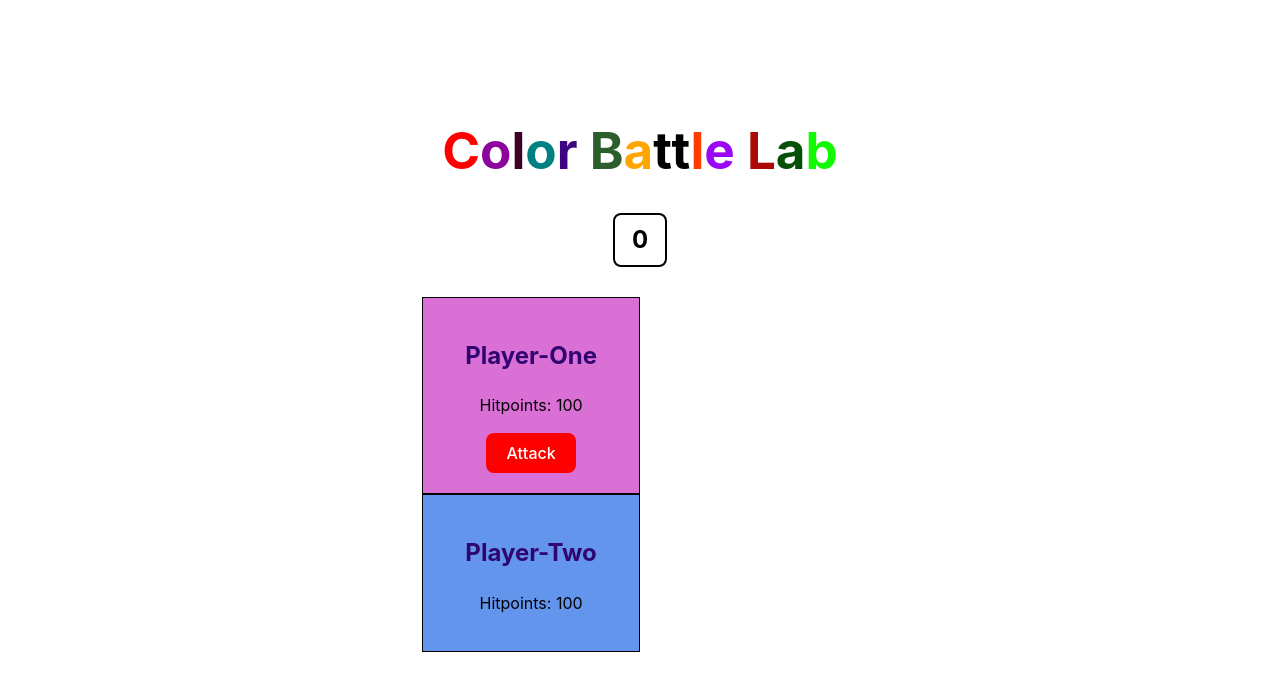
Repository: RAWdevX21/color-battle_lab-build
Page: /
The author's editor kept a copy of each file at every save. The page is drawn from the files as they stood at one save, then again after the next save.
The browser window is 1280 px wide. The pictures show the whole page.
The project was rebuilt for these pictures with package versions that can differ from the ones it lists, and the page was loaded fresh each time. Also part of the build but not shown: vite.config.js.

Above is the page before, as saved 2023-08-17 02:30:42.

After the next save:
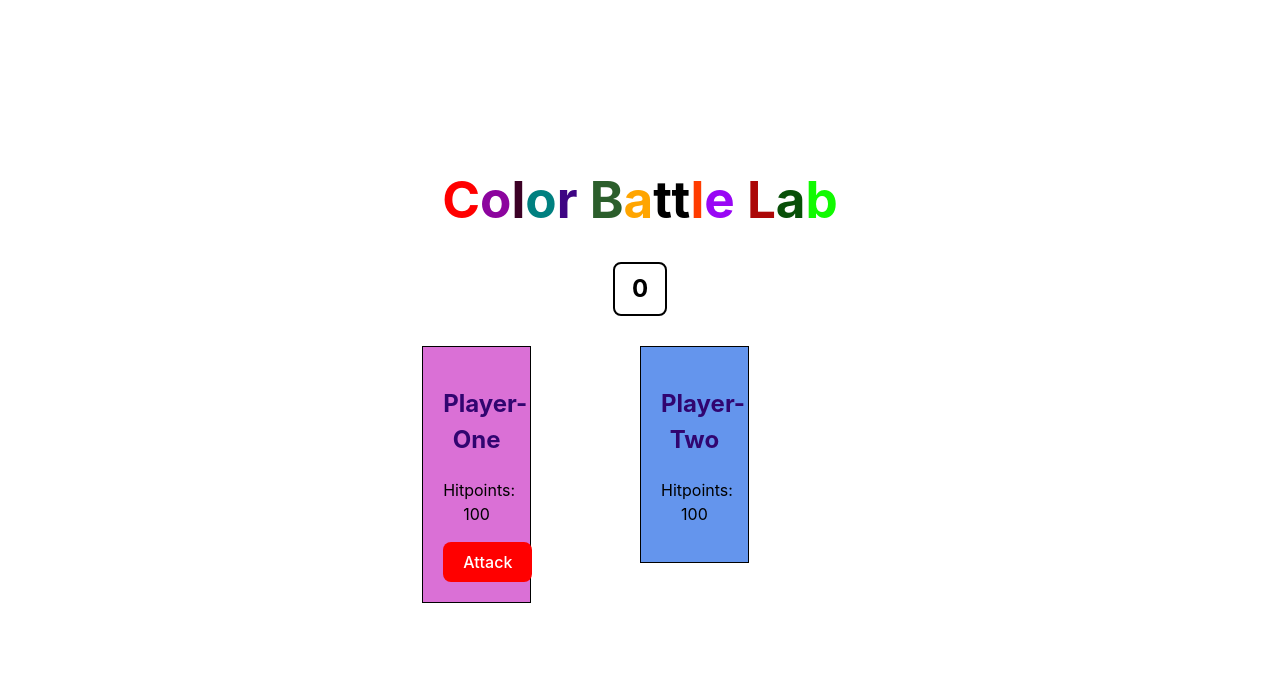
Saved 2 min 11 s later.
--- a/src/App.css
+++ b/src/App.css
@@ -8,3 +8,14 @@
 h2 {
   color: rgb(49, 5, 112);
 }
+
+.players-container {
+    display: flex; /* This will make its children (player-wrapper) align side by side */
+    justify-content: space-between; /* This will space out the player-wrapper elements evenly */
+}
+
+.player-wrapper {
+    flex: 1; /* This will make each player-wrapper take up equal space */
+    width: calc(100% * 3); /* This will make each player-wrapper three times its current length */
+    box-sizing: border-box; /* This ensures padding and border are included in the width */
+}
